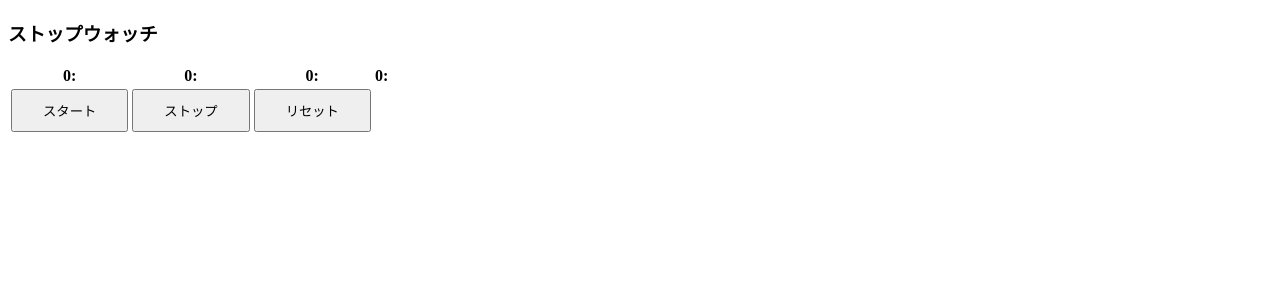
Repository: syokaturyou/potepan
Page: stop.html
The author's editor kept a record of every edit. The page is drawn from the files as they stood at one moment, then again after the next edit.
The browser window is 1280 px wide. The pictures show the whole page.
Some web libraries are served in a nearby version.

Above is the page before.

### stop.html
   <!DOCTYPE html>
    <html lang="en">
      <head>
        <meta charset="utf-8">
        <script src="https://code.jquery.com/jquery-3.2.1.js" integrity="sha256-DZAnKJ/6XZ9si04Hgrsxu/8s717jcIzLy3oi35EouyE=" crossorigin="anonymous"></script>
        <link rel="stylesheet" href="css/main.css">
        <title>ストップウォッチ</title>
        <script src="javascript/jquery.min.js"></script>
        <script type="text/javascript" src="javascript/main.js" charset="utf-8"></script>
      </head>

      <body>
        <h3>ストップウォッチ</h3>

       <table>
          <tr>
            <th>0:</th>
            <th>0:</th>
            <th>0:</th>
            <th>0:</th>
          </tr>
          <tr>
            <th><button class="buttona">スタート</button></th>
            <th><button class="buttonb">ストップ</button></th>
            <th><button class="buttonc">リセット</button></th>
          </tr>

        </table>

      </body>
    </html>

### css/main.css
table{
  background-color: white;
}

h4{
  width: 300px;
  color: white;
  background-color: black;
}

 button {
  padding: 10px 30px;
}

### javascript/main.js
let value = 0

     $(document).ready(function(){
      $(".button0").click(function() {
      let value = $(".button0").text(); //テキストを取得し変数に入れています
      $(".target").text(value); //テキストを変更する処理
      });

      $(".button1").click(function() {
      let value1 = 1;
      let value = value + value1
      $(".target").text(value);
      });

      $(".button2").click(function() {
      let value2 = 2;
      let value = value + value2
       $(".target").text(value);
      });

      $(".button3").click(function() {
      let value = 3;
       $(".target").text(value);
      });

      $(".button4").click(function() {
      let value = 4;
       $(".target").text(value);
      });

      $(".button5").click(function() {
      let value = $(".button5").number();
       $(".target").number(value);
      });

      $(".button6").click(function() {
      let value = $(".button6").text();
       $(".target").text(value);
      });

      $(".button7").click(function() {
      let value = $(".button7").text();
       $(".target").text(value);
      });

      $(".button8").click(function() {
      let value = $(".button8").text();
       $(".target").text(value);
      });

      $(".button9").click(function() {
      let value = $(".button9").text();
       $(".target").text(value);
      });

      $(".buttonreset").click(function() {
       $(".target").text(0);
      });

  });

Loaded but not shown: javascript/jquery.min.js (library)

After the next edit:
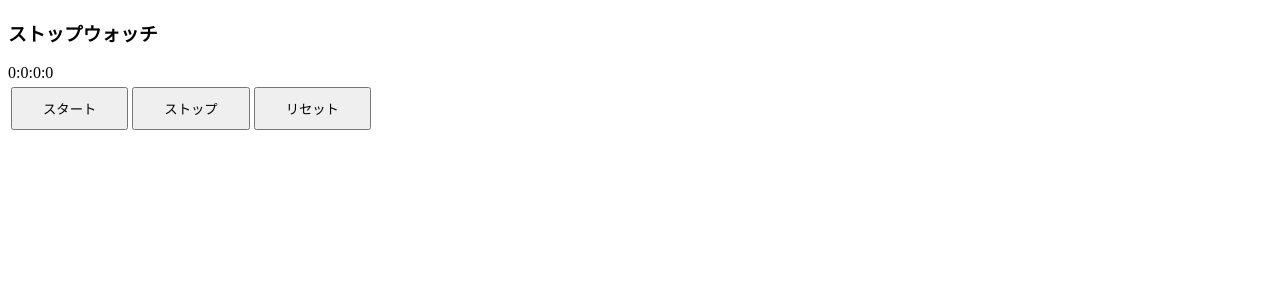
The edit:
--- a/stop.html
+++ b/stop.html
@@ -14,10 +14,7 @@
 
        <table>
           <tr>
-            <th>0:</th>
-            <th>0:</th>
-            <th>0:</th>
-            <th>0:</th>
+            0:0:0:0
           </tr>
           <tr>
             <th><button class="buttona">スタート</button></th>
